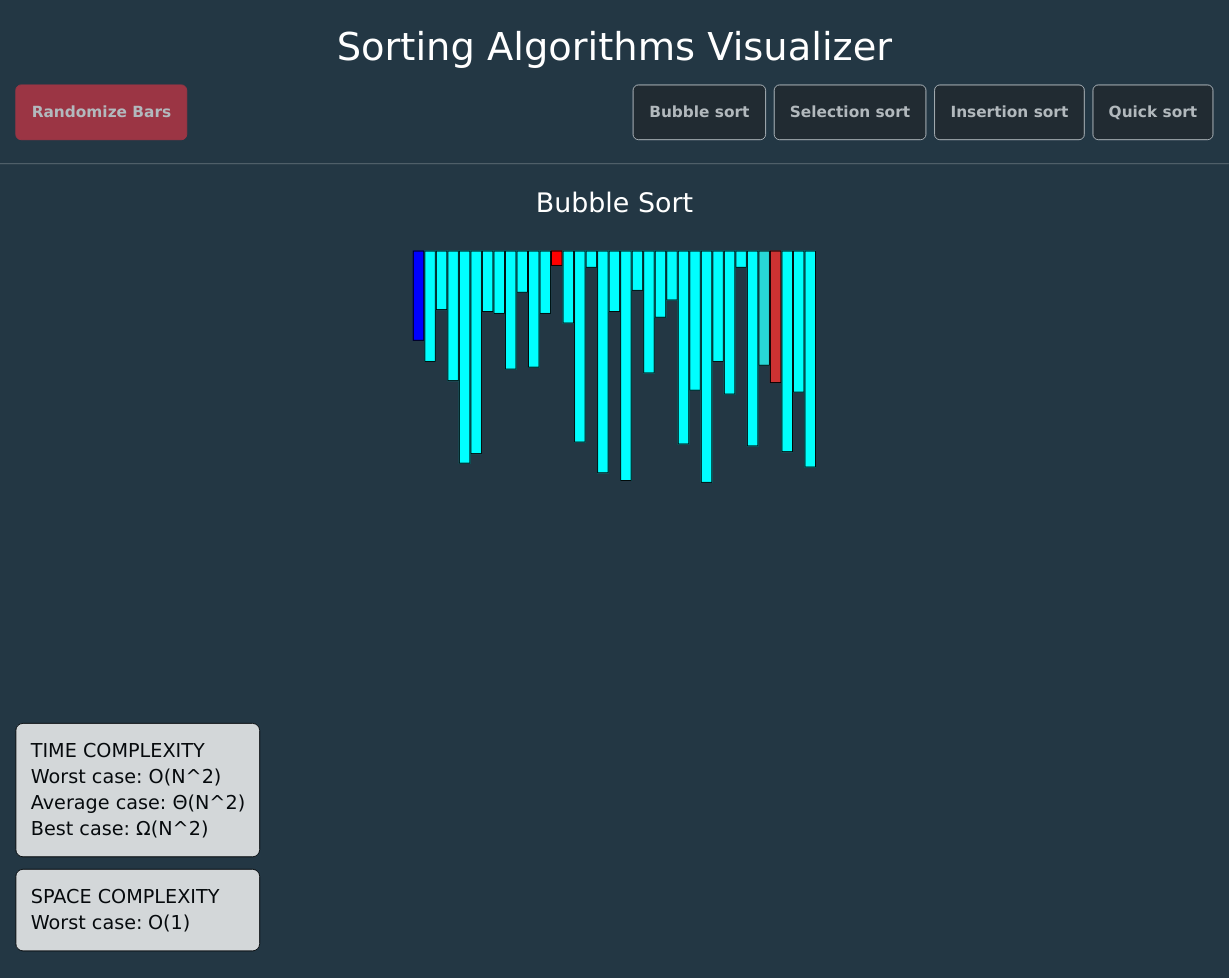
Repository: Vasil1001/Sorting-Algorithms-Visualizer-js
Page: views/index.html
The author's editor kept a copy of each file at every save. The page is drawn from the files as they stood at one save, then again after the next save.
The browser window is 1280 px wide. The pictures show the whole page, at 96% of full size.
After loading, the first visible `#selection_sort` was clicked once.

Above is the page before, as saved 2022-11-04 01:35:14.

After the next save:
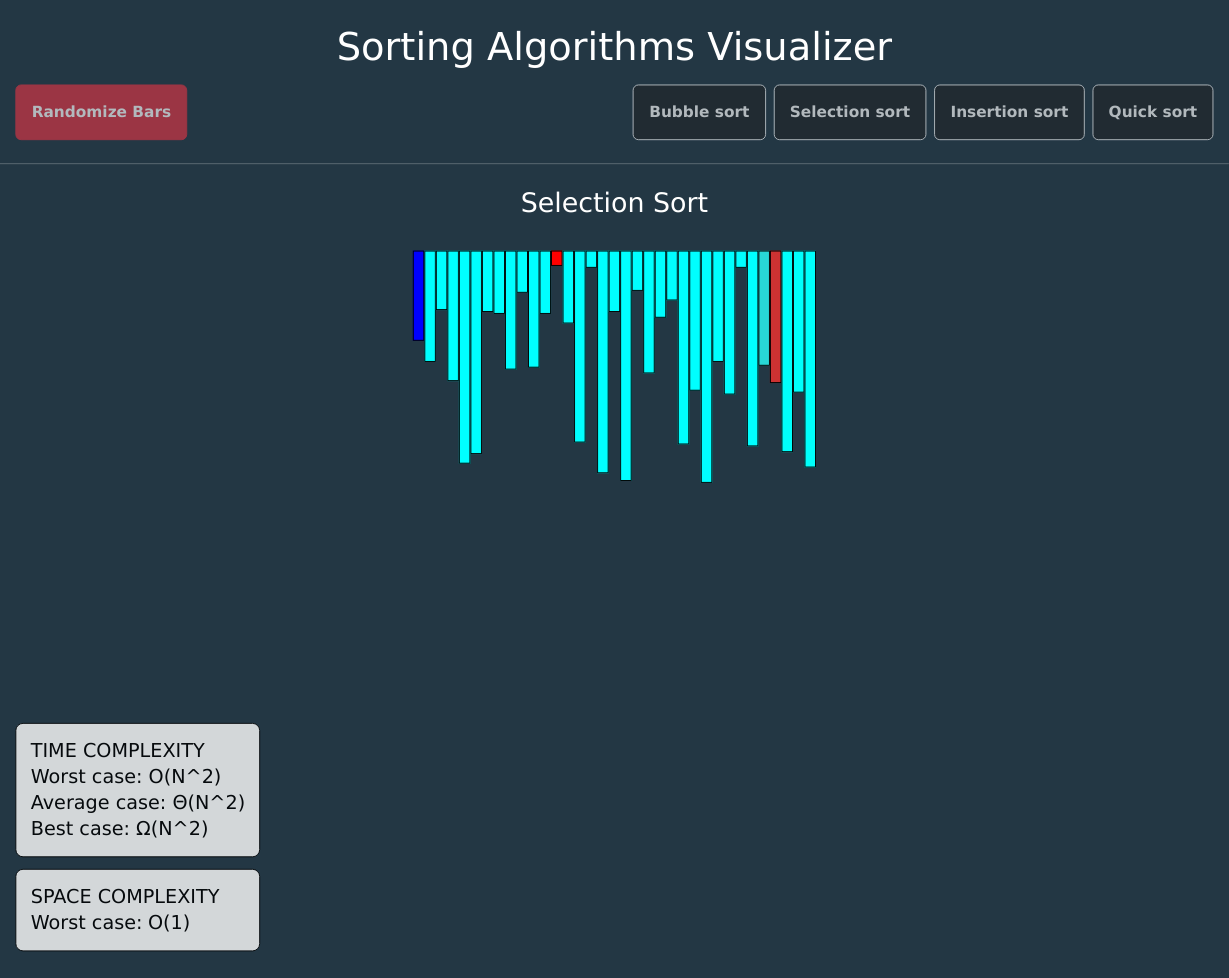
Saved 4 s later.
--- a/sort_algos_js_files/selection.js
+++ b/sort_algos_js_files/selection.js
@@ -1,7 +1,7 @@
 async function selectionSort() {
 
     // Algo name
-    document.getElementById("algorithm_running").innerText = "Bubble Sort";
+    document.getElementById("algorithm_running").innerText = "Selection Sort";
 
     //Setting Time complexities
     document.getElementById("worst_time").innerText = "O(N^2)";
